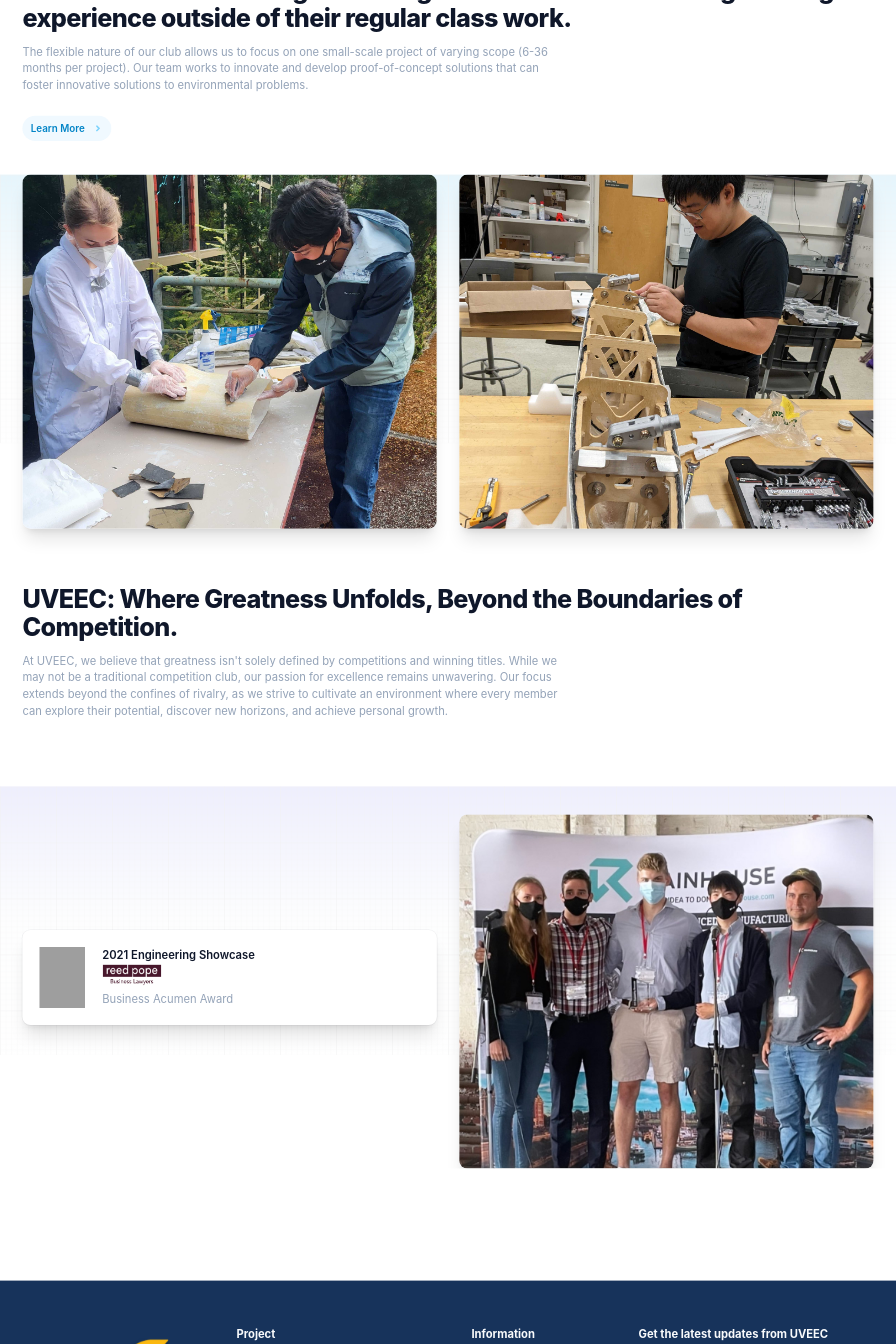
Repository: markaxelus/uveec-website
Page: /
An editor plug-in stored every save of this project. The page is shown before and after the next save, followed by the edit.
The browser window is 1280 px wide. The pictures show the part of the page from y = 938 to 2858 px (the page is 3112 px tall before and 3192 px after), at 70% of full size.
Pictures or frames that could not be fetched are drawn as grey boxes. The project was rebuilt for these pictures with package versions that can differ from the ones it lists, and the page was loaded fresh each time. The framework's server and built-in components were replaced by stand-ins that run in the browser. Also part of the build but not shown: next.config.js, src/components/molecules/ProfileCard.tsx.

Above is the page before, as saved 2024-06-08 23:37:20.

After the next save:
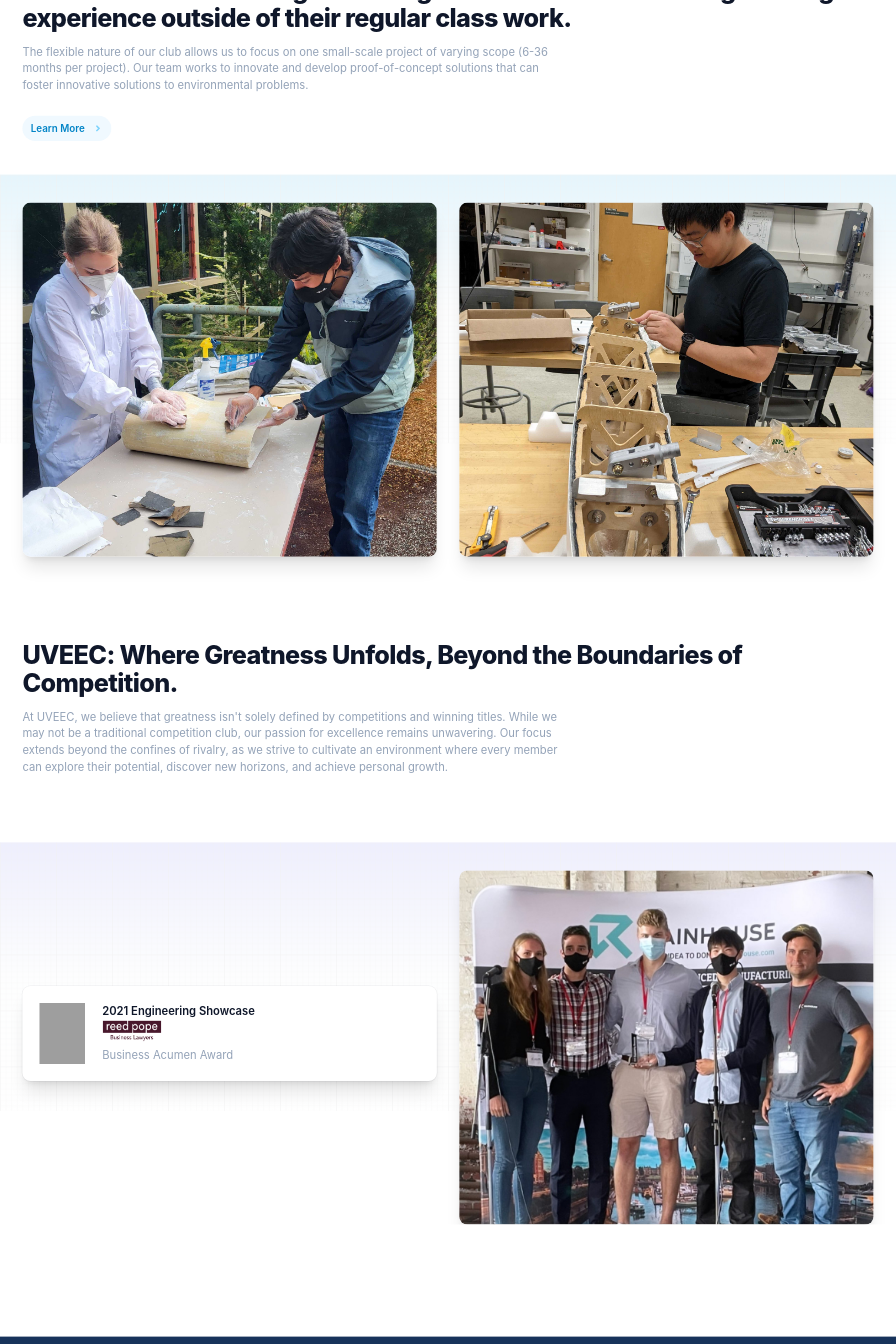
Saved 5 s later.
--- a/pages/index.tsx
+++ b/pages/index.tsx
@@ -100,7 +100,7 @@
                     <rect width="100%" height="100%" fill="url(#grid)" />
                   </svg>
                 </div>
-                <div className="max-w-7xl mx-auto px-4 py-15 sm:px-6 md:px-8 lg:grid lg:grid-cols-12 lg:gap-8">
+                <div className="max-w-7xl mx-auto px-4 py-10 sm:px-6 md:px-8 lg:grid lg:grid-cols-12 lg:gap-8">
                   {/*<div className="lg:col-span-5 xl:col-span-6 flex flex-col">
                     <div className="relative z-10 bg-white ring-1 ring-slate-900/5 rounded-lg shadow-xl px-6 py-5 my-auto xl:mt-18 dark:bg-slate-800">
                       <div className="absolute inset-x-0 inset-y-5 border-t border-b border-slate-100 pointer-events-none dark:border-slate-700" />
